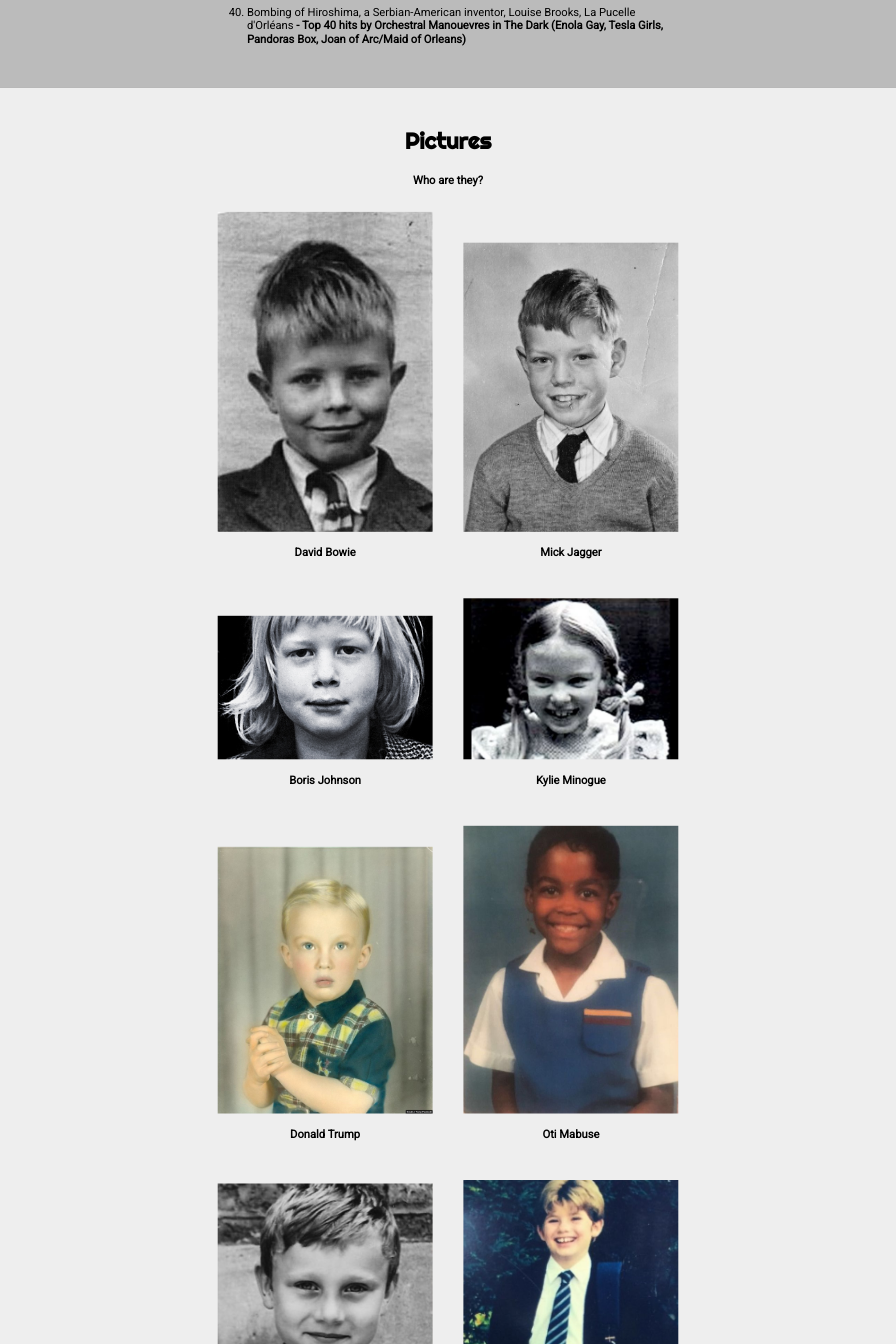
Repository: Domehead123/quiz
Page: answers.html
The author's editor kept a record of every edit. The page is drawn from the files as they stood at one moment, then again after the next edit.
The browser window is 1280 px wide. The pictures show the part of the page from y = 2344 to 4264 px (the page is 4751 px tall before and 4716 px after), at 70% of full size.

Above is the page before.

After the next edit:
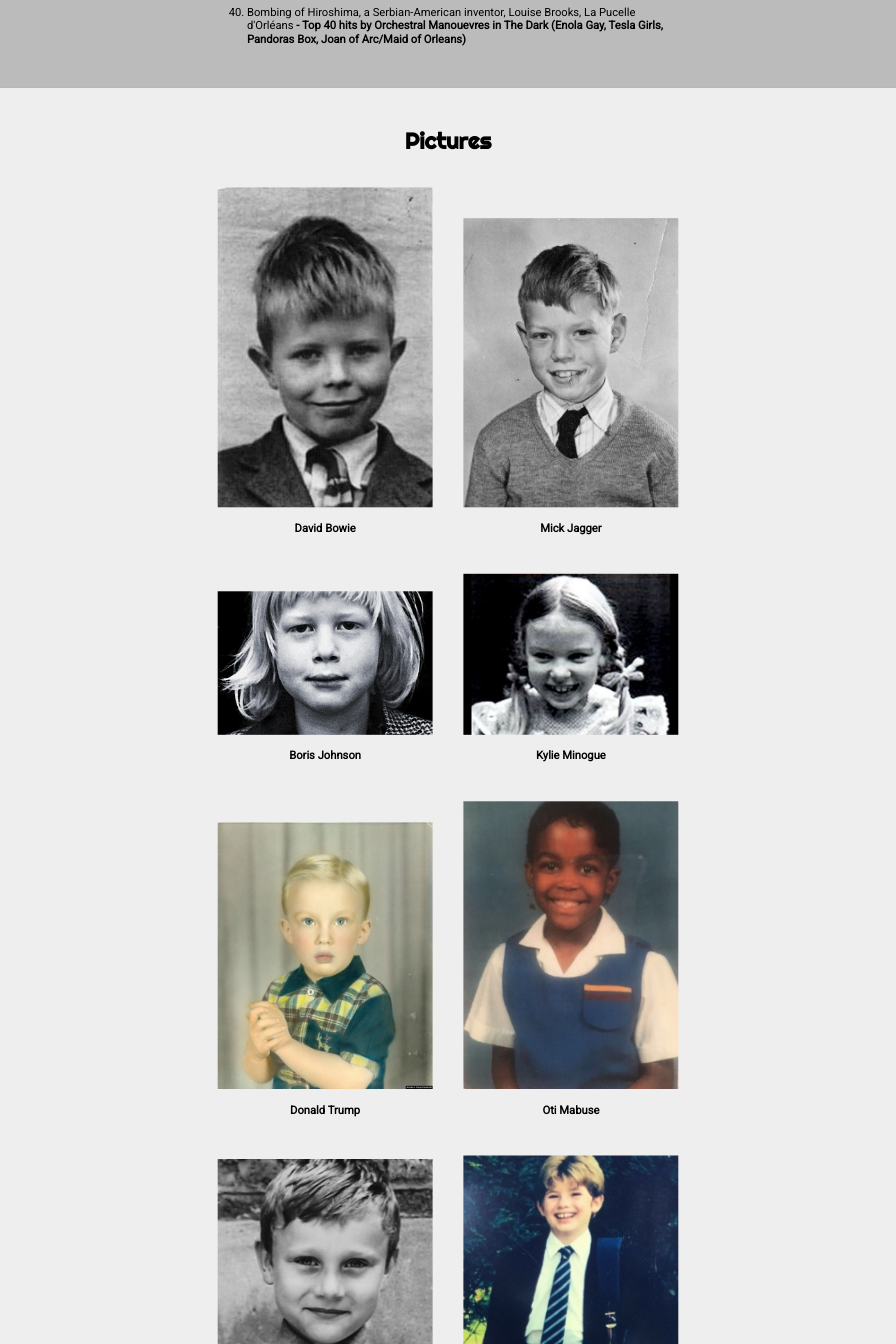
The edit:
--- a/answers.html
+++ b/answers.html
@@ -106,7 +106,6 @@
             <h2>Pictures</h2>
 
 
-            <p>Who are they?</p>
 
             <div class="image">
                 <img src="images/1.jpg">
